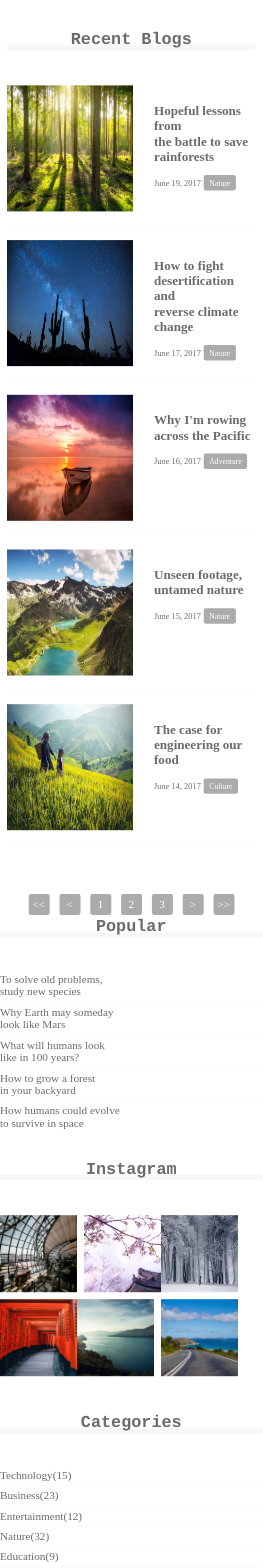
Repository: KoPiyt/Infratop-01
Page: caravan/index.html
The author's editor kept a record of every edit. The page is drawn from the files as they stood at one moment, then again after the next edit.
The browser window is 375 px wide. The pictures show the part of the page from y = 520 to 2760 px (the page is 3051 px tall), at 70% of full size.
Some web libraries are served in a nearby version.

Above is the page before.

### caravan/index.html
<!DOCTYPE html>
<html lang="ja">
  <head>
    <meta charset="UTF-8" />
        <meta name="viewport" content="width=device-width,initial-scale=1.0">
    <script src="https://kit.fontawesome.com/45b41b99b0.js" crossorigin="anonymous"></script>
    <!-- CSSファイルの読み込み -->
    <link rel="stylesheet" href="style.css" />
    <title>CARAVAN</title>
  </head>

  <body>
    <!-- header -->
    <header>
      <h1 class="heading">
        <a href="index.html">
          CARAVAN
        </a>
      </h1>
      <div class="social">
        <i class="fab fa-facebook-square"></i>
        <i class="fab fa-twitter-square"></i>
        <i class="fab fa-instagram"></i>
      </div>


    </header>

    <!-- navigation -->
    <nav>
      <ul class="nav-list">
        <li class="nav-list-item">
          <a href="index.html">Home</a>
        </li>
        <li class="nav-list-item">About</li>
        <li class="nav-list-item">Topic</li>
      </ul>
    </nav>

    <!-- main-visual用のdiv -->
    <div class="main-visual">
      <div class="main-visual-content">
        <!-- pタグ（と文字）を追加 -->
        <p class="main-visual-text">
          The world is a book<br>
          and those who do not travel<br>
          read only one page.
        </p>
        <p class="main-visual-name">
          St. Augustine
        </p>      </div>
    </div>

    <!-- main用のdiv -->
    <main>
      <section class="blog">
        <h2 class="blog-heading">Recent Blogs</h2>
    <div class="blog-box">
          <div class="blog-item">
            <img class="blog-image" src="img/forest.jpg" />
            <section class="blog-text">
              <h3 class="blog-text-heading">
                <a href="single.html">
                  Hopeful lessons from<br>
                  the battle to save<br>
                  rainforests
                </a>
              </h3>
              <p class="blog-date">June 19, 2017</p>
              <span class="category">Nature</span>
            </section>
          </div>

          <div class="blog-item">
            <img class="blog-image" src="img/desert.jpg" />
            <section class="blog-text">
              <h3 class="blog-text-heading">
                <a href="single.html">
                  How to fight<br>
                  desertification and<br>
                  reverse climate change
                </a>
              </h3>
              <p class="blog-date">June 17, 2017</p>
              <span class="category">Nature</span>
            </section>
          </div>

          <div class="blog-item">
            <img class="blog-image" src="img/sunset.jpg" />
            <section class="blog-text">
              <h3 class="blog-text-heading">
                <a href="single.html">
                  Why I'm rowing<br>
                  across the Pacific
                </a>
              </h3>
              <p class="blog-date">June 16, 2017</p>
              <span class="category">Adventure</span>
            </section>
          </div>

          <div class="blog-item">
            <img class="blog-image" src="img/italy.jpg" />
            <section class="blog-text">
              <h3 class="blog-text-heading">
                <a href="single.html">
                  Unseen footage,<br>
                  untamed nature
                </a>
              </h3>
              <p class="blog-date">June 15, 2017</p>
              <span class="category">Nature</span>
            </section>
          </div>

          <div class="blog-item">
            <img class="blog-image" src="img/asia.jpg" />
            <section class="blog-text">
              <h3 class="blog-text-heading">
                <a href="single.html">
                  The case for<br>
                  engineering our food
                </a>
              </h3>
              <p class="blog-date">June 14, 2017</p>
              <span class="category">Culture</span>
            </section>
          </div>
        </div>

        <div class="pagination">
          <p><<</p>
          <p><</p>
          <p>1</p>
          <p>2</p>
          <p>3</p>
          <p>></p>
          <p>>></p>
        </div>
      </section>

      <div class="sidebar">
         <section class="popular">
          <h2 class="popular-heading common-heading">Popular</h2>
          <div class="sidebar-contents">
            <p class="popular-text">To solve old problems,<br>study new species</p>
            <p class="popular-text">Why Earth may someday<br>look like Mars</p>
            <p class="popular-text">What will humans look<br>like in 100 years?</p>
            <p class="popular-text">How to grow a forest<br>in your backyard</p>
            <p class="popular-text">How humans could evolve<br>to survive in space</p>
          </div>
         </section>

        <section class="instagram">
          <h2 class="instagram-heading common-heading">Instagram</h2>
          <div class="sidebar-contents">
            <div class="instagram-box"></div>
            <div class="instagram-box"></div>
            <div class="instagram-box"></div>
            <div class="instagram-box"></div>
            <div class="instagram-box"></div>
            <div class="instagram-box"></div>
          </div>
        </section>

        <section class="categories">
          <h2 class="categories-heading common-heading">Categories</h2>
          <div class="sidebar-contents">
            <p class="categories-text">Technology(15)</p>
            <p class="categories-text">Business(23)</p>
            <p class="categories-text">Entertainment(12)</p>
            <p class="categories-text">Nature(32)</p>
            <p class="categories-text">Education(9)</p>
            <p class="categories-text">Adventure(23)</p>
            <p class="categories-text">Communication(14)</p>
          </div>
        </section>

      </div>
    </main>

    <!-- footer -->
    <footer>
      <p class="footer-text">© All rights reserved by Infratop.Inc.</p>
    </footer>
  </body>
</html>

### caravan/style.css
/* ブラウザがそれぞれ持っているCSSをリセットするための記述 */
* {
  margin: 0;
  padding: 0;
  box-sizing: border-box;
  color: #6c6b6b;
}

a {
  text-decoration: none;
}

header, nav, h2, .main-visual, footer {
  font-family: Chalkduster, "Bradley Hand", Courier, "Segoe Print", sans-serif;
}


header {
  width: 90%; /* 横幅90% */
  padding: 15px 0;
  margin: 0 auto;
  text-align: center;
}

.social i {
  display: inline-block;
  margin-left: 20px;
}

header .heading { /* headerタグ内のheadingクラスにのみ反映される */
  font-size: 32px;
}

.nav-list {
  text-align: center;
  padding: 10px 0;
  margin: 0 auto;
}

.nav-list-item {
  list-style: none;
  display: inline-block;
  margin: 0 20px;
}

.main-visual {
  width: 100%; /* 横幅いっぱい */
  height: 300px; /* 高さ300px */
  background-image: url(img/mv.jpg);
  background-size: cover;
  background-position: center;
}

.main-visual-content {
  width: 40%; /* 横幅40% */
  height: 300px; /* 親の高さに揃える */
  background-color: rgba( 0, 0, 0, 0.5); /* 背景色を半透明の黒にする */
  text-align: center; /* 文字を中央揃えにする */
  padding-top: 105px; /* 上側の内側余白で垂直方向の位置を調整 */
}

.main-visual-text {
  color: #fff; /* 文字色を白に変更 */
}

.main-visual-name {
  margin-top: 30px; /* 上側の外側の余白 */
  color: #fff; /* 文字色を白に変更 */
}

main {
  width: 800px; /* 横幅800px */
  display: flex; /* Flexboxの利用 */
  justify-content: center; /* 要素の横並び・中央寄せ */
  margin: 0 auto; /* 要素の中央揃え */
  padding: 70px 0; /* 上下に70px、左右に0pxの内側余白 */
}

.blog {
  width: 540px;
  margin-right: 30px; /* 領域の右側余白 */
}

.blog-heading {
  border-bottom: 8px solid #f7f7f7;
  text-align: center;
  line-height: 0.6;
}

.blog-box {
  padding-top: 50px;
}

.blog-item {
  padding-bottom: 20px;
  margin-bottom: 20px;
  border-bottom: 1px solid #f7f7f7;
  display: flex;
  justify-content: flex-start;
}

.blog-image {
  height: 180px;
}

.blog-text {
  padding: 25px 0 0 30px;
}

.blog-text-heading {
  padding-bottom: 15px;
}

.blog-date {
  font-size: 12px;
  display: inline-block;
}

.category {
  display: inline-block;
  padding: 5px 8px;
  background-color: #acabab;
  border-radius: 3px;
  color: #fff;
  font-size: 11px;
}

.pagination {
  text-align: center;
  padding-top: 50px;
}

.pagination p {
  display: inline-block;
  width: 30px;
  height: 30px;
  margin: 0 5px;
  color: #fff;
  background-color: #acabab;
  border-radius: 3px;
  line-height: 30px;
}

.sidebar {
  width: 230px;
}

.common-heading {
  border-bottom: 8px solid #f7f7f7;
  text-align: center;
  line-height: 0.6;
}

.sidebar-contents {
  padding: 50px 0;
}

.popular-text,
.categories-text {
  padding-bottom: 5px;
  border-bottom: 1px solid #f7f7f7;
  margin-bottom: 5px;
}

.popular-text:last-child,
.categories-text:last-child {
  margin: 0;
  padding: 0;
  border: none;
}

.instagram .sidebar-contents {
  display: flex;
  flex-wrap: wrap;
}

.instagram-box {
  width: 110px;
  padding-top: 110px;
  background-size: cover;
  background-position: center;
  margin-bottom: 10px;
}

.instagram-box:nth-child(odd) {
  margin: 0 10px 10px 0;
}

.instagram-box:nth-child(1) {
  background-image: url(img/airport.jpg);
}

.instagram-box:nth-child(2) {
  background-image: url(img/japan.jpg);
}

.instagram-box:nth-child(3) {
  background-image: url(img/snow.jpg);
}

.instagram-box:nth-child(4) {
  background-image: url(img/japan2.jpg);
}

.instagram-box:nth-child(5) {
  background-image: url(img/lake.jpg);
}

.instagram-box:nth-child(6) {
  background-image: url(img/road.jpg);
}

footer {
  width: 100%; /* 横幅いっぱい */
  height: 120px; /* 高さ120px */

  text-align: center;
  line-height: 120px;
  background-color: #848282;
}

.footer-text {
  color: #fff;
}


@media screen and (max-width: 425px) {

  .social i {
    color: blue;
  }
  main{
    width:100%;
    display: block
  }

   .nav-list {
    width: 100%;
  }
    .nav-list-item {
    width: 100%;
    margin: 0 0 10px 0;
  }
  .main-visual-content {
    width:100%;

  }
 .blog{
    width:100%;
    padding: 10px;
  }
  .blog-heading{
    width:100%;
  }

  .blog-image{
    width:180px;

  }
  header{
    width:100%;
  }
  .blog-box{
    width:100%;
  }

  .sidebar{
    width: 100%;
  }
}

After the next edit:
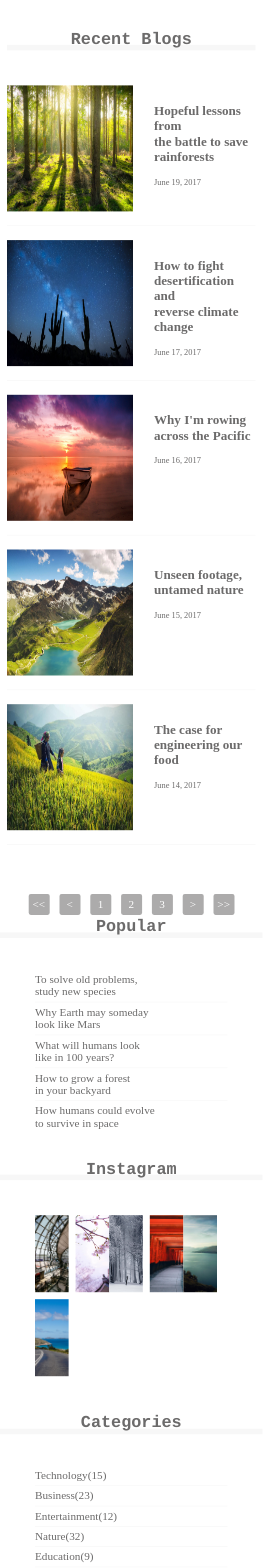
The edit:
--- a/caravan/style.css
+++ b/caravan/style.css
@@ -257,6 +257,21 @@
     width:180px;
 
   }
+  .category{
+    display: none;
+  }
+  .sidebar-contents {
+  padding: 50px ;
+  }
+
+  .instagram-box {
+  width: 48px;
+  padding-top: 110px;
+  background-size: cover;
+  background-position: center;
+  margin-bottom: 10px;
+}
+
   header{
     width:100%;
   }
